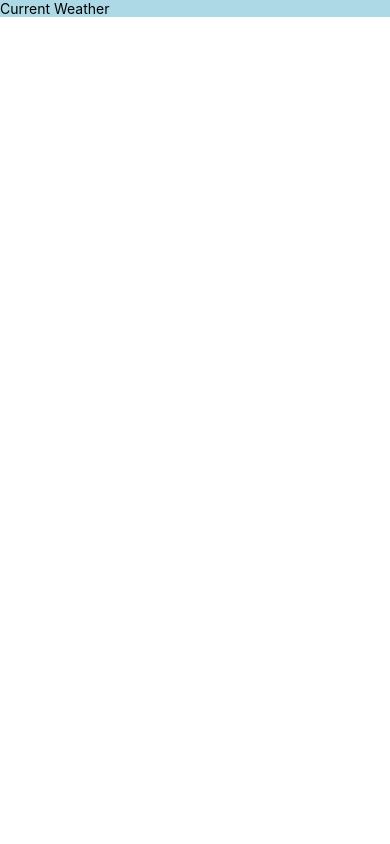
Repository: akinmiday/fcc
Screen: / (app in WeatherApp/)
These files come from the project's save history. The screen is drawn as it stood at one moment and after the next save; the edit follows.
The app was drawn by React Native's web renderer in a window 390 px wide. The project was rebuilt for these pictures with package versions that can differ from the ones it lists, and the page was loaded fresh each time.

Above is the screen before, as saved 2023-07-18 06:43:25.

### WeatherApp/App.js
import React from "react";
import { View, Text, SafeAreaView, StyleSheet } from "react-native";

const App = () =>{
  return(
   <SafeAreaView>
     <View style={styles.container} >
      <Text>Current Weather</Text>
    </View>
   </SafeAreaView>
  )
}

const styles= StyleSheet.create({
  container:{
    backgroundColor: 'lightblue'
  }
})

export default App

After the next save:
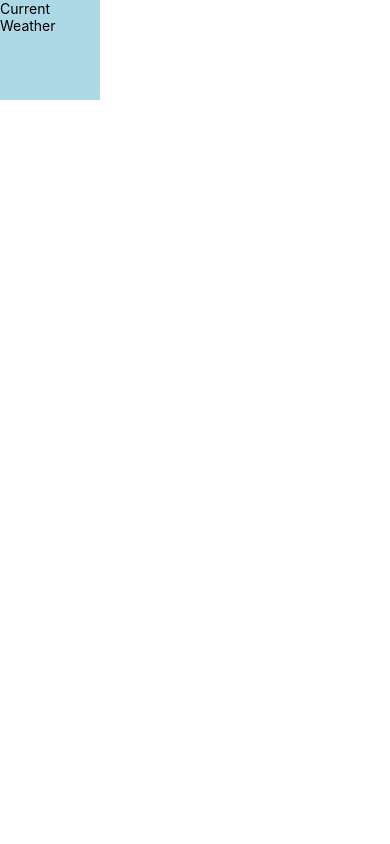
Saved 52 s later.
--- a/WeatherApp/App.js
+++ b/WeatherApp/App.js
@@ -13,7 +13,9 @@ const App = () =>{
 
 const styles= StyleSheet.create({
   container:{
-    backgroundColor: 'lightblue'
+    backgroundColor: 'lightblue',
+    width: 100,
+    height: 100
   }
 })
 
